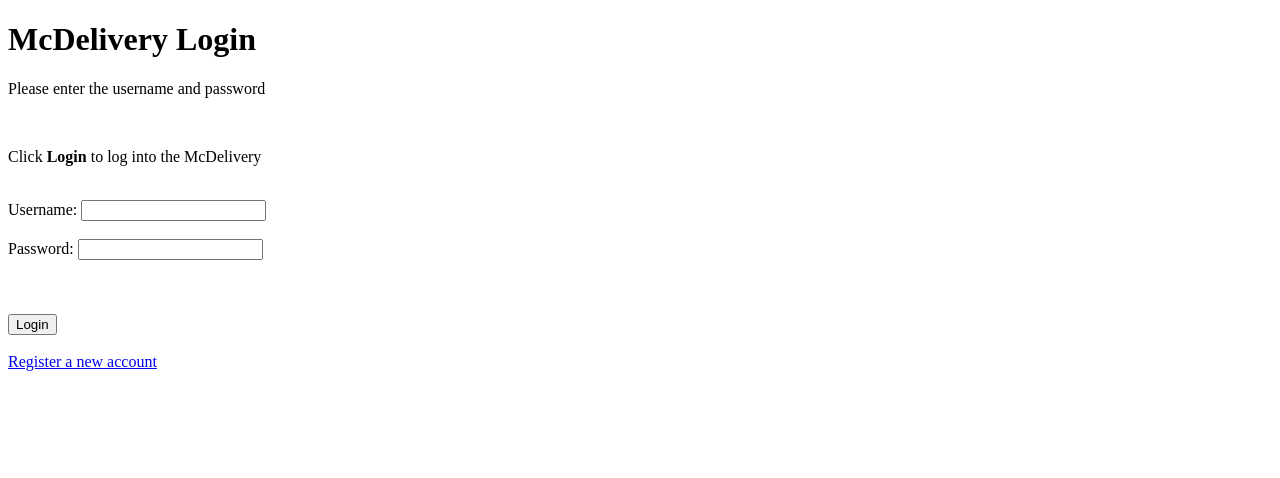
Repository: Jeck97/Mcdonald-Delivery-System
Page: http://localhost/McDelivery/login/loginForm.jsp
An editor plug-in stored every save of this project. The page is shown before and after the next save, followed by the edit.
The browser window is 1280 px wide. The pictures show the whole page.
The page is served by Tomcat 9. Other server files are loaded and not shown.

Above is the page before, as saved 2020-07-10 07:33:14.

### McDelivery/WebContent/login/loginForm.jsp
<%@ page language="java" contentType="text/html; charset=ISO-8859-1"
    pageEncoding="ISO-8859-1"%>
<!DOCTYPE html>
<html>
<head>
<meta charset="ISO-8859-1">
<title>Login Page</title>
</head>
<body>

	<h1>McDelivery Login</h1>

	<p>Please enter the username and password<p><br>
	<p>Click <b>Login</b> to log into the McDelivery</p>


	<form action="loginServlet" method="post">

		<div style="color: #FF0000;">${errorMessage}</div><br>

		<label>Username:</label>
		<input type="text" name="username" value="${username}" required><br><br>

		<label>Password:</label>
		<input type="password" name="password" required><br><br>

		<br><br>
		<input type="submit" value="Login">

	</form>

	<br><a href="../register/registerForm.jsp">Register a new account</a>

</body>
</html>

After the next save:
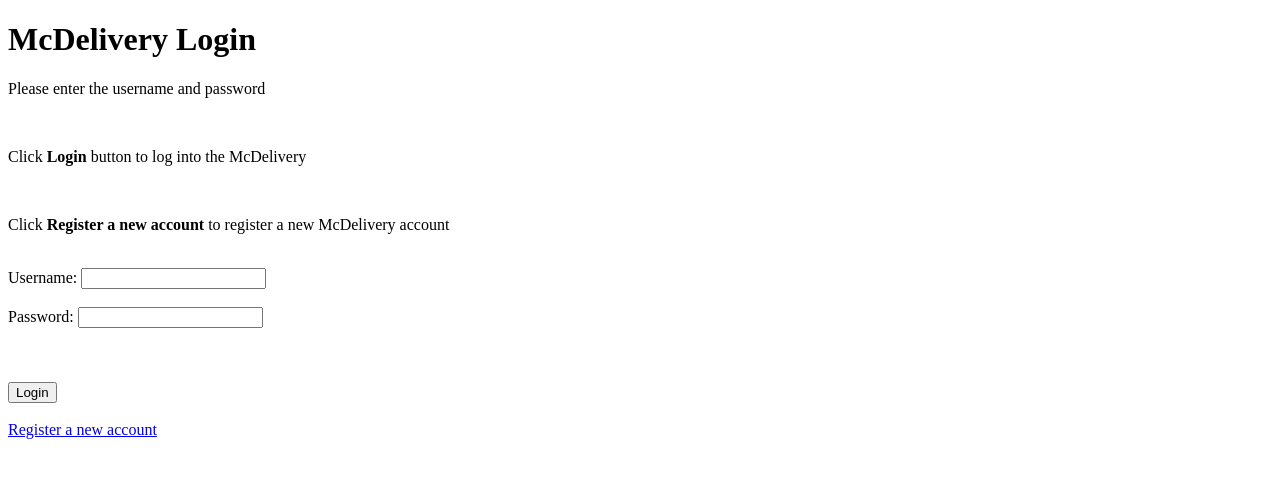
Saved 82 s later.
--- a/McDelivery/WebContent/login/loginForm.jsp
+++ b/McDelivery/WebContent/login/loginForm.jsp
@@ -11,7 +11,8 @@
 	<h1>McDelivery Login</h1>
 
 	<p>Please enter the username and password<p><br>
-	<p>Click <b>Login</b> to log into the McDelivery</p>
+	<p>Click <b>Login</b> button to log into the McDelivery</p><br>
+	<P>Click <b>Register a new account</b> to register a new McDelivery account</P>
 
 
 	<form action="loginServlet" method="post">
